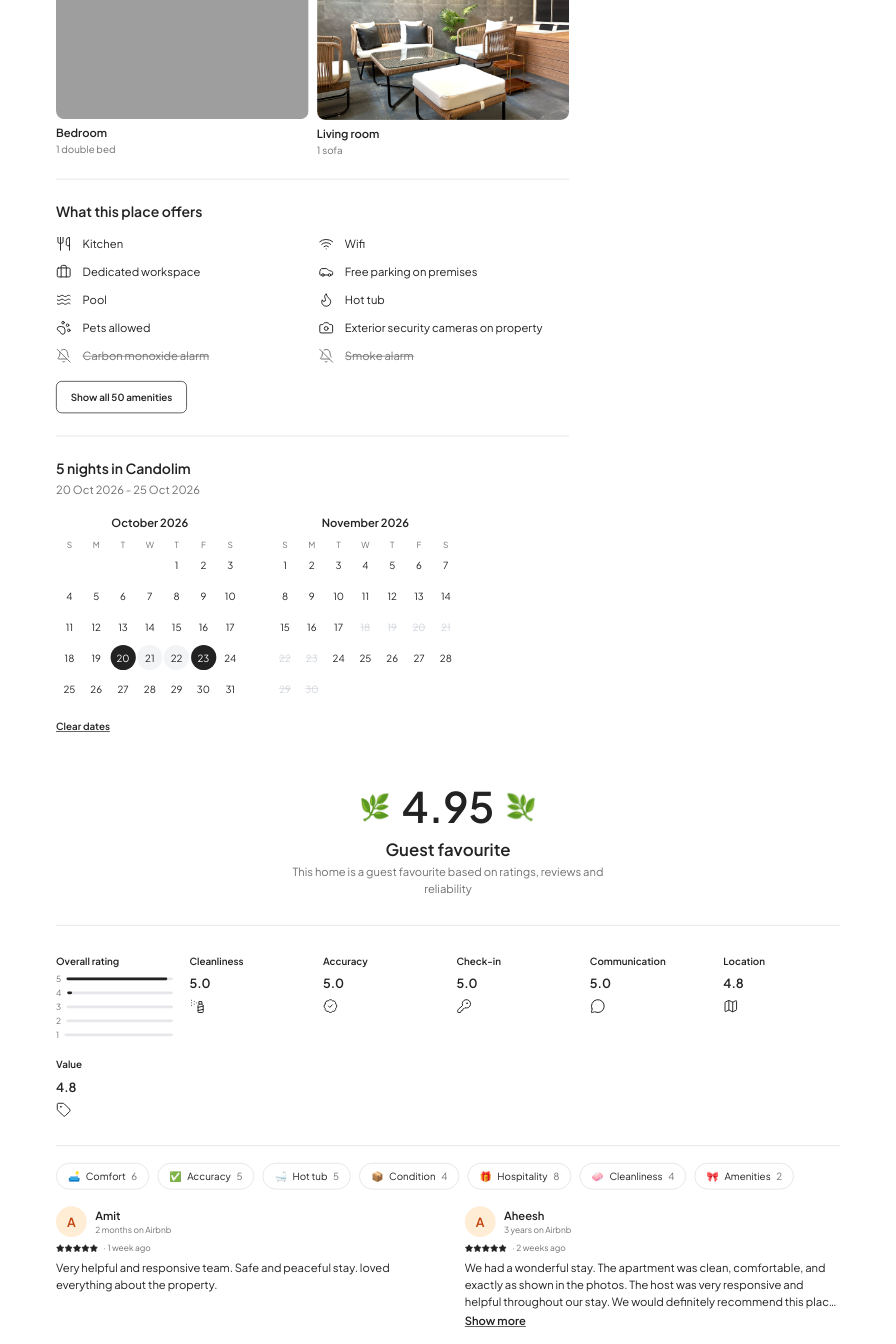
Repository: RushilGosain/airbnb-clone
Page: /
These files come from the project's save history. The page is drawn as it stood at one moment and after a run of saves; the edit follows.
The browser window is 1280 px wide. The pictures show the part of the page from y = 1616 to 3536 px (the page is 6267 px tall), at 70% of full size.
Pictures or frames that could not be fetched are drawn as grey boxes. The project was rebuilt for these pictures with package versions that can differ from the ones it lists, and the page was loaded fresh each time. Also part of the build but not shown: vite.config.js, src/components/Lightbox.jsx, src/components/AmenitiesModal.jsx, src/components/PhotoTourPage.jsx.

Above is the page before, as saved 2026-09-19 13:48:46.

### index.html
<!doctype html>
<html lang="en">
  <head>
    <meta charset="UTF-8" />
    <link rel="icon" type="image/svg+xml" href="/house.svg" />
    <meta name="viewport" content="width=device-width, initial-scale=1.0" />
    <meta name="description" content="Romantic Jacuzzi 1BHK Candolim | Mirashya UG10 — Airbnb listing clone" />
    <link rel="preconnect" href="https://fonts.googleapis.com" />
    <link rel="preconnect" href="https://fonts.gstatic.com" crossorigin />
    <link
      href="https://fonts.googleapis.com/css2?family=Plus+Jakarta+Sans:wght@400;500;600;700;800&display=swap"
      rel="stylesheet"
    />
    <title>Romantic Jacuzzi 1BHK Candolim | Mirashya UG10 · Airbnb Clone</title>
  </head>
  <body>
    <div id="root"></div>
    <script type="module" src="/src/main.jsx"></script>
  </body>
</html>

### src/index.css
@tailwind base;
@tailwind components;
@tailwind utilities;

* {
  box-sizing: border-box;
}

html,
body {
  margin: 0;
  padding: 0;
}

body {
  font-family: "Plus Jakarta Sans", -apple-system, BlinkMacSystemFont, "Segoe UI", Roboto,
    "Helvetica Neue", sans-serif;
  color: #222222;
  -webkit-font-smoothing: antialiased;
  -moz-osx-font-smoothing: grayscale;
}

#root {
  min-height: 100vh;
}

/* Custom focus ring, kept visible for accessibility */
a:focus-visible,
button:focus-visible,
[tabindex]:focus-visible {
  outline: 2px solid #222222;
  outline-offset: 2px;
  border-radius: 6px;
}

::-webkit-scrollbar {
  width: 10px;
  height: 10px;
}
::-webkit-scrollbar-track {
  background: transparent;
}
::-webkit-scrollbar-thumb {
  background: rgba(0, 0, 0, 0.25);
  border-radius: 999px;
}

.no-scrollbar::-webkit-scrollbar {
  display: none;
}
.no-scrollbar {
  -ms-overflow-style: none;
  scrollbar-width: none;
}

@media (prefers-reduced-motion: reduce) {
  *,
  *::before,
  *::after {
    animation-duration: 0.01ms !important;
    animation-iteration-count: 1 !important;
    transition-duration: 0.01ms !important;
    scroll-behavior: auto !important;
  }
}

### src/App.jsx
import { useEffect } from "react";
import { BrowserRouter, Routes, Route, useLocation } from "react-router-dom";
import { LightboxProvider } from "./context/LightboxContext";
import Lightbox from "./components/Lightbox";
import ListingPage from "./pages/ListingPage";
import PhotoTourPage from "./components/PhotoTourPage";

function ScrollToTopOnNavigate() {
  // react-router keeps scroll position by default; reset it on route change
  // so the photo tour page and the listing page each open at the top.
  const { pathname } = useLocation();
  useEffect(() => {
    window.scrollTo(0, 0);
  }, [pathname]);
  return null;
}

export default function App() {
  return (
    <LightboxProvider>
      <BrowserRouter>
        <ScrollToTopOnNavigate />
        <Routes>
          <Route path="/" element={<ListingPage />} />
          <Route path="/photos" element={<PhotoTourPage />} />
        </Routes>
        <Lightbox />
      </BrowserRouter>
    </LightboxProvider>
  );
}

### src/context/LightboxContext.jsx
import { createContext, useCallback, useContext, useMemo, useState } from "react";

const LightboxContext = createContext(null);

export function LightboxProvider({ children }) {
  const [photos, setPhotos] = useState([]);
  const [index, setIndex] = useState(0);
  const [isOpen, setIsOpen] = useState(false);

  const open = useCallback((photoList, startIndex = 0) => {
    setPhotos(photoList);
    setIndex(startIndex);
    setIsOpen(true);
  }, []);

  const close = useCallback(() => setIsOpen(false), []);

  const next = useCallback(() => {
    setIndex((i) => (photos.length ? (i + 1) % photos.length : 0));
  }, [photos.length]);

  const prev = useCallback(() => {
    setIndex((i) => (photos.length ? (i - 1 + photos.length) % photos.length : 0));
  }, [photos.length]);

  const value = useMemo(
    () => ({ photos, index, isOpen, open, close, next, prev }),
    [photos, index, isOpen, open, close, next, prev]
  );

  return <LightboxContext.Provider value={value}>{children}</LightboxContext.Provider>;
}

export function useLightbox() {
  const ctx = useContext(LightboxContext);
  if (!ctx) throw new Error("useLightbox must be used within LightboxProvider");
  return ctx;
}

### src/pages/ListingPage.jsx
import TopNav from "../components/TopNav";
import StickyBar from "../components/StickyBar";
import Gallery from "../components/Gallery";
import PropertyHeader from "../components/PropertyHeader";
import AmenitiesSection from "../components/AmenitiesSection";
import BookingCard, { DateRangePicker } from "../components/BookingCard";
import ReviewsSection from "../components/ReviewsSection";
import ThingsToKnow from "../components/ThingsToKnow";
import NearbyStays from "../components/NearbyStays";
import LocationSection from "../components/LocationSection";

export default function ListingPage() {
  function scrollToBooking() {
    document.getElementById("booking-card")?.scrollIntoView({ behavior: "smooth", block: "center" });
  }

  return (
    <div className="min-h-screen bg-white">
      <TopNav />
      <StickyBar onReserve={scrollToBooking} />

      <Gallery />

      <div id="amenities" className="mx-auto max-w-content px-6 pt-8 lg:px-20">
        <div className="grid grid-cols-1 gap-10 lg:grid-cols-3">
          <div className="lg:col-span-2">
            <PropertyHeader />
            <AmenitiesSection />
          </div>
          <BookingCard id="booking-card" />
        </div>
      </div>

      <DateRangePicker />
      <ReviewsSection />
      <ThingsToKnow />
      <NearbyStays />
      <LocationSection />


    </div>
  );
}

### src/components/TopNav.jsx
import { Menu, Search, CircleUser, Globe } from "lucide-react";

export default function TopNav() {
  return (
    <header className="border-b border-line bg-white">
      <div className="mx-auto flex max-w-content items-center justify-between gap-4 px-6 py-4 lg:px-20">
        <a href="/" className="flex items-center gap-2 text-brand" aria-label="Airbnb home">
          <svg viewBox="0 0 32 32" width="32" height="32" fill="currentColor" aria-hidden="true">
            <path d="M16 1c2 0 3.6 1 4.8 2.9 1 1.7 5.8 10 7.4 13.9.7 1.7 1 3 1 4.2 0 4.3-3.3 7.6-7.5 7.6-2.4 0-4.7-1.4-6.3-3.6l-.4-.6-.4.6c-1.6 2.2-3.9 3.6-6.3 3.6C4.3 29.6 1 26.3 1 22c0-1.2.3-2.5 1-4.2 1.6-3.9 6.4-12.2 7.4-13.9C10.4 2 12 1 14 1h2zm-2.6 22.4c1.2 1.6 2.7 2.5 4.2 2.5 2.5 0 4.5-2 4.5-4.6 0-.5-.1-1-.4-1.8-.5-1.3-2.1-4.3-3.7-7.1-1.6 2.8-3.2 5.8-3.7 7.1-.3.8-.4 1.3-.4 1.8 0 .8.2 1.5.5 2.1v-.1z" />
          </svg>
          <span className="hidden text-xl font-extrabold tracking-tight sm:block">Airbnb</span>
        </a>

        <button className="flex items-center gap-3 rounded-full border border-line py-2 pl-5 pr-2 text-sm font-medium shadow-sm transition hover:shadow-md">
          <span>Anywhere</span>
          <span className="hidden h-4 w-px bg-line sm:block" />
          <span className="hidden sm:block">Anytime</span>
          <span className="hidden h-4 w-px bg-line sm:block" />
          <span className="hidden text-subtle sm:block">Add guests</span>
          <span className="flex h-8 w-8 items-center justify-center rounded-full bg-brand text-white">
            <Search size={15} />
          </span>
        </button>

        <div className="flex items-center gap-3">
          <a href="#" className="hidden rounded-full px-4 py-2.5 text-sm font-semibold hover:bg-black/5 md:block">
            Become a host
          </a>
          <button
            aria-label="Menu"
            className="flex items-center gap-2 rounded-full border border-line py-2 pl-3 pr-2 shadow-sm hover:shadow-md"
          >
            <Menu size={16} />
            <CircleUser size={26} className="text-subtle" />
          </button>
        </div>
      </div>
    </header>
  );
}

### src/components/Gallery.jsx
import { useNavigate } from "react-router-dom";
import { Share, Heart, Grid3x3 } from "lucide-react";
import { heroImages, listing, allPhotos } from "../data/listing";
import { useLightbox } from "../context/LightboxContext";

export default function Gallery() {
  const navigate = useNavigate();
  const { open } = useLightbox();

  function openLightboxAt(src) {
    const idx = allPhotos.findIndex((p) => p.src === src);
    open(allPhotos, idx === -1 ? 0 : idx);
  }

  return (
    <section id="photos" className="mx-auto max-w-content px-6 pt-6 lg:px-20">
      <div className="mb-4 flex items-start justify-between gap-4">
        <h1 className="text-2xl font-semibold sm:text-3xl">{listing.title}</h1>
        <div className="flex flex-shrink-0 items-center gap-1">
          <button className="flex items-center gap-2 rounded-lg px-3 py-2 text-sm font-semibold underline hover:bg-black/5">
            <Share size={16} /> Share
          </button>
          <button className="flex items-center gap-2 rounded-lg px-3 py-2 text-sm font-semibold underline hover:bg-black/5">
            <Heart size={16} /> Save
          </button>
        </div>
      </div>

      <div className="relative grid grid-cols-4 grid-rows-2 gap-2 overflow-hidden rounded-xl">
        <button
          onClick={() => openLightboxAt(heroImages[0])}
          className="col-span-4 row-span-2 aspect-[4/3] overflow-hidden sm:col-span-2"
        >
          <img
            src={heroImages[0]}
            alt="Living room"
            className="h-full w-full object-cover transition duration-300 hover:brightness-90"
          />
        </button>
        {heroImages.slice(1, 5).map((src, i) => (
          <button
            key={src}
            onClick={() => openLightboxAt(src)}
            className={`hidden aspect-square overflow-hidden sm:block ${i === 3 ? "relative" : ""}`}
          >
            <img
              src={src}
              alt="Listing detail"
              className="h-full w-full object-cover transition duration-300 hover:brightness-90"
            />
          </button>
        ))}

        <button
          onClick={() => navigate("/photos")}
          className="absolute bottom-4 right-4 flex items-center gap-2 rounded-lg bg-white px-4 py-2 text-sm font-semibold shadow-card transition hover:bg-gray-50"
        >
          <Grid3x3 size={16} />
          Show all photos
        </button>
      </div>
    </section>
  );
}

### src/components/BookingCard.jsx
import { useState } from "react";
import { ChevronDown, Flag } from "lucide-react";
import { listing } from "../data/listing";
import { PromoBanner } from "./AmenitiesSection";

const MONTH_NAMES = [
  "January", "February", "March", "April", "May", "June",
  "July", "August", "September", "October", "November", "December",
];

function buildMonth(year, month) {
  const first = new Date(year, month, 1);
  const startDay = first.getDay();
  const daysInMonth = new Date(year, month + 1, 0).getDate();
  const cells = Array(startDay).fill(null);
  for (let d = 1; d <= daysInMonth; d++) cells.push(d);
  return cells;
}

// Booked date is 10/18/2026 - 10/23/2026 per the reference; a couple of
// unrelated dates in November are shown greyed out to mirror the screenshot.
const SELECTED_START = 20;
const SELECTED_END = 23;
const UNAVAILABLE_NOV = [18, 19, 20, 21, 22, 23, 29, 30];

function MonthGrid({ year, month, highlight }) {
  const cells = buildMonth(year, month);
  const isOct2026 = year === 2026 && month === 9;
  const isNov2026 = year === 2026 && month === 10;

  return (
    <div>
      <p className="mb-3 text-center font-semibold">
        {MONTH_NAMES[month]} {year}
      </p>
      <div className="grid grid-cols-7 gap-y-1 text-center text-xs text-subtle">
        {["S", "M", "T", "W", "T", "F", "S"].map((d, i) => (
          <div key={i}>{d}</div>
        ))}
      </div>
      <div className="grid grid-cols-7 gap-y-1 text-center text-sm">
        {cells.map((day, i) => {
          if (!day) return <div key={i} />;
          const selected = isOct2026 && (day === SELECTED_START || day === SELECTED_END);
          const inRange = isOct2026 && day > SELECTED_START && day < SELECTED_END;
          const disabled = isNov2026 && UNAVAILABLE_NOV.includes(day);
          return (
            <div key={i} className="flex items-center justify-center py-0.5">
              <button
                disabled={disabled}
                className={[
                  "flex h-9 w-9 items-center justify-center rounded-full transition",
                  selected ? "bg-ink text-white" : "",
                  inRange ? "bg-gray-100" : "",
                  disabled ? "text-gray-300 line-through" : "hover:border hover:border-ink",
                ].join(" ")}
              >
                {day}
              </button>
            </div>
          );
        })}
      </div>
    </div>
  );
}

export function DateRangePicker() {
  return (
    <section className="mx-auto max-w-content px-6 py-8 lg:px-20">
      <h2 className="mb-1 text-xl font-semibold">
        {listing.price.nights} nights in Candolim
      </h2>
      <p className="mb-6 text-subtle">
        {listing.dates.checkInLabel} - {listing.dates.checkOutLabel}
      </p>
      <div className="grid grid-cols-1 gap-10 sm:grid-cols-2 sm:max-w-xl">
        <MonthGrid year={2026} month={9} />
        <MonthGrid year={2026} month={10} />
      </div>
      <button className="mt-6 text-sm font-semibold underline">Clear dates</button>
    </section>
  );
}

export default function BookingCard({ id }) {
  const [guests, setGuests] = useState(listing.guestsSelected);

  return (
    <aside id={id} className="lg:sticky lg:top-24">
      <PromoBanner />
      <div className="rounded-xl border border-line p-6 shadow-card">
        <div className="mb-4 flex items-baseline gap-1">
          <span className="text-xl font-semibold">
            {listing.price.currency}
            {listing.price.amount.toLocaleString("en-IN")}
          </span>
          <span className="text-subtle">for {listing.price.nights} nights</span>
        </div>

        <div className="mb-4 overflow-hidden rounded-lg border border-line">
          <div className="grid grid-cols-2">
            <div className="border-b border-r border-line p-3">
              <p className="text-[10px] font-semibold uppercase tracking-wide">Check-in</p>
              <p className="text-sm">{listing.dates.checkIn}</p>
            </div>
            <div className="border-b border-line p-3">
              <p className="text-[10px] font-semibold uppercase tracking-wide">Checkout</p>
              <p className="text-sm">{listing.dates.checkOut}</p>
            </div>
          </div>
          <button
            onClick={() => setGuests((g) => (g >= listing.guests ? 1 : g + 1))}
            className="flex w-full items-center justify-between p-3 text-left"
          >
            <div>
              <p className="text-[10px] font-semibold uppercase tracking-wide">Guests</p>
              <p className="text-sm">
                {guests} guest{guests > 1 ? "s" : ""}
              </p>
            </div>
            <ChevronDown size={16} />
          </button>
        </div>

        <div className="mb-4 rounded-lg bg-gray-100 px-3 py-2 text-center text-sm text-subtle">
          Free cancellation before <span className="font-semibold text-ink">{listing.dates.freeCancellationBefore}</span>
        </div>

        <button className="w-full rounded-lg bg-brand py-3.5 text-center font-semibold text-white transition hover:bg-brand-hover">
          Reserve
        </button>
        <p className="mt-3 text-center text-sm text-subtle">You won't be charged yet</p>
      </div>

      <button className="mt-4 flex items-center gap-2 text-sm font-semibold underline">
        <Flag size={14} />
        Report this listing
      </button>
    </aside>
  );
}

### src/components/ThingsToKnow.jsx
import { Icon } from "./icons";
import { listing } from "../data/listing";

export default function ThingsToKnow() {
  return (
    <section className="mx-auto max-w-content border-t border-line px-6 py-10 lg:px-20">
      <h2 className="mb-6 text-2xl font-semibold">Things to know</h2>
      <div className="grid grid-cols-1 gap-10 sm:grid-cols-3">
        {listing.thingsToKnow.map((block) => (
          <div key={block.title}>
            <Icon name={block.icon} size={26} strokeWidth={1.5} className="mb-4" />
            <h3 className="mb-3 font-semibold">{block.title}</h3>
            <div className="space-y-1 text-sm text-ink">
              {block.lines.map((line, i) => (
                <p key={i}>{line}</p>
              ))}
            </div>
            <a href="#" className="mt-3 inline-block text-sm font-semibold underline">
              {block.linkLabel}
            </a>
          </div>
        ))}
      </div>
    </section>
  );
}

### src/components/NearbyStays.jsx
import { useRef } from "react";
import { ChevronLeft, ChevronRight, Star } from "lucide-react";
import { listing } from "../data/listing";

export default function NearbyStays() {
  const trackRef = useRef(null);

  function scrollByCard(dir) {
    trackRef.current?.scrollBy({ left: dir * 300, behavior: "smooth" });
  }

  return (
    <section className="mx-auto max-w-content border-t border-line px-6 py-10 lg:px-20">
      <div className="mb-6 flex items-center justify-between">
        <h2 className="text-2xl font-semibold">More stays nearby</h2>
        <div className="flex items-center gap-2">
          <span className="mr-2 text-sm text-subtle">1 / 2</span>
          <button
            onClick={() => scrollByCard(-1)}
            aria-label="Scroll left"
            className="flex h-9 w-9 items-center justify-center rounded-full border border-line hover:bg-black/5"
          >
            <ChevronLeft size={16} />
          </button>
          <button
            onClick={() => scrollByCard(1)}
            aria-label="Scroll right"
            className="flex h-9 w-9 items-center justify-center rounded-full border border-line hover:bg-black/5"
          >
            <ChevronRight size={16} />
          </button>
        </div>
      </div>

      <div ref={trackRef} className="no-scrollbar flex gap-4 overflow-x-auto scroll-smooth">
        {listing.nearbyStays.map((stay) => (
          <a
            key={stay.title}
            href="#"
            className="w-48 flex-shrink-0 sm:w-56"
          >
            <div className="mb-2 aspect-square overflow-hidden rounded-xl">
              <img
                src={stay.image}
                alt={stay.title}
                className="h-full w-full object-cover transition hover:brightness-90"
              />
            </div>
            <p className="line-clamp-2 text-sm font-medium">{stay.title}</p>
            <div className="mt-1 flex items-center justify-between text-sm">
              <span>
                {listing.price.currency}
                {stay.price.toLocaleString("en-IN")}
              </span>
              <span className="flex items-center gap-1">
                <Star size={12} className="fill-ink text-ink" />
                {stay.rating.toFixed(2)}
              </span>
            </div>
          </a>
        ))}
      </div>
    </section>
  );
}

### src/components/icons.jsx
import {
  Utensils,
  Wifi,
  Briefcase,
  Car,
  Waves,
  Flame,
  PawPrint,
  Camera,
  BellOff,
  Dumbbell,
  SprayCan,
  CalendarDays,
  DoorOpen,
  CalendarX,
  KeyRound,
  Shield,
  BadgeCheck,
  MessageCircle,
  Map,
  Tag,
  Droplets,
  ShowerHead,
  WashingMachine,
  Shirt,
  Bed,
  Blinds,
  Archive,
  Baby,
  Tv,
  AirVent,
  Fan,
  Cctv,
  Laptop,
  CookingPot,
  Refrigerator,
  Microwave,
  Coffee,
  Wine,
  Blender,
  Sun,
} from "lucide-react";

export const ICONS = {
  // Existing icons
  utensils: Utensils,
  wifi: Wifi,
  briefcase: Briefcase,
  car: Car,
  waves: Waves,
  flame: Flame,
  "paw-print": PawPrint,
  camera: Camera,
  "alarm-smoke": BellOff,
  dumbbell: Dumbbell,
  "spray-can": SprayCan,
  "calendar-days": CalendarDays,
  "door-open": DoorOpen,
  "calendar-x": CalendarX,
  "key-round": KeyRound,
  shield: Shield,
  "badge-check": BadgeCheck,
  "message-circle": MessageCircle,
  map: Map,
  tag: Tag,

  // Bathroom
  droplets: Droplets,
  "shower-head": ShowerHead,

  // Bedroom and laundry
  "washing-machine": WashingMachine,
  shirt: Shirt,
  bed: Bed,
  blinds: Blinds,
  archive: Archive,
  baby: Baby,

  // Entertainment
  tv: Tv,

  // Heating and cooling
  "air-vent": AirVent,
  fan: Fan,

  // Home safety
  cctv: Cctv,

  // Internet and office
  laptop: Laptop,

  // Kitchen and dining
  "cooking-pot": CookingPot,
  refrigerator: Refrigerator,
  microwave: Microwave,
  coffee: Coffee,
  wine: Wine,
  blender: Blender,

  // Outdoor
  sun: Sun,
};

export function Icon({ name, ...props }) {
  const Cmp = ICONS[name] || Tag;

  return <Cmp {...props} />;
}

Loaded but not shown: src/main.jsx (common file); src/data/listing.js (446 lines, source omitted); tailwind.config.js (57 lines, source omitted); src/components/LocationSection.jsx (147 lines, source omitted); src/components/ReviewsSection.jsx (122 lines, source omitted); src/components/PropertyHeader.jsx (84 lines, source omitted); src/components/StickyBar.jsx (85 lines, source omitted); src/components/AmenitiesSection.jsx (83 lines, source omitted)

After the next 5 saves:
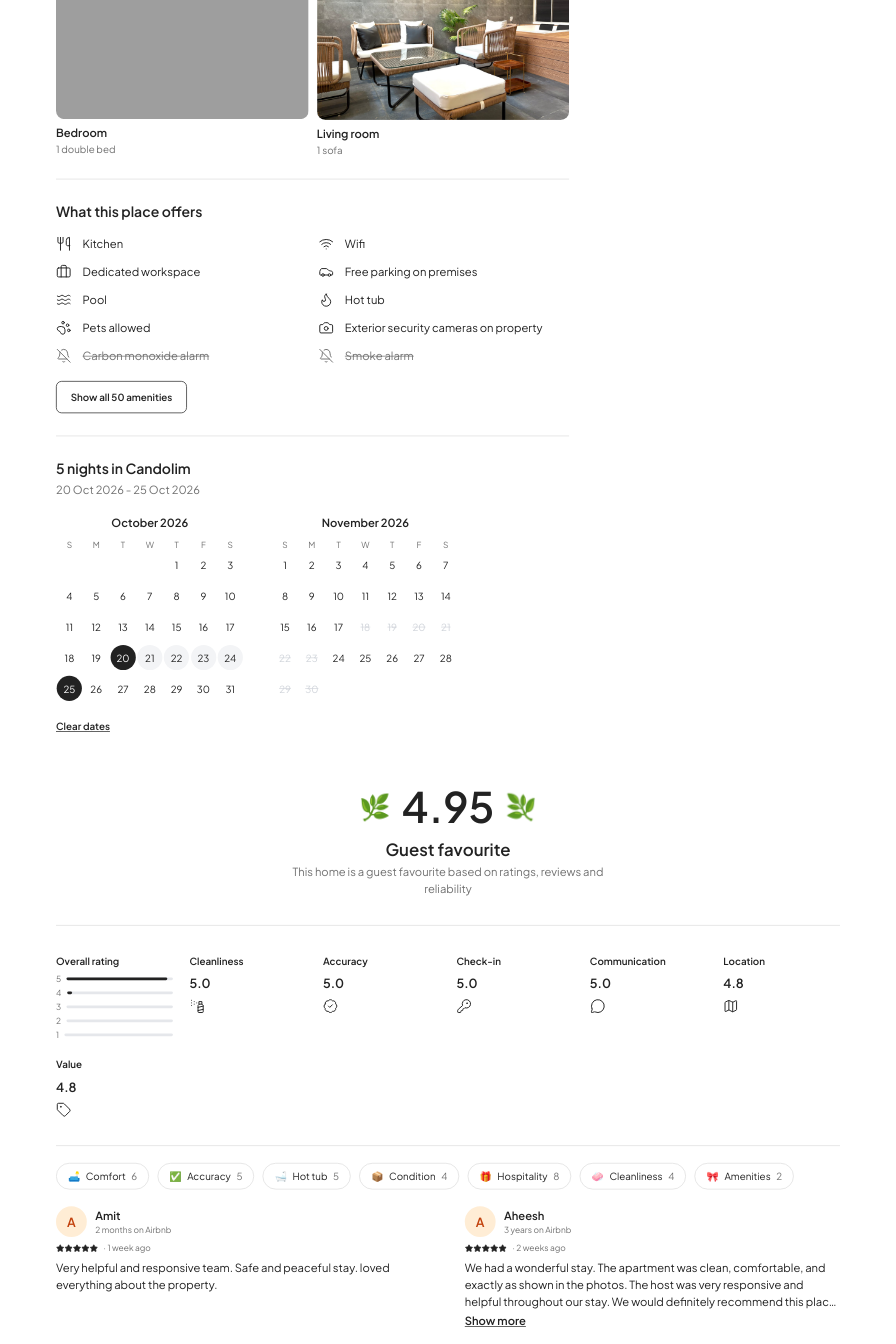
The 5 saves are shown as one change because they came seconds apart.
The last was saved 13 s later.
--- a/src/components/BookingCard.jsx
+++ b/src/components/BookingCard.jsx
@@ -17,10 +17,10 @@
   return cells;
 }
 
-// Booked date is 10/18/2026 - 10/23/2026 per the reference; a couple of
+// Booked date is 10/20/2026 - 10/25/2026 per the reference; a couple of
 // unrelated dates in November are shown greyed out to mirror the screenshot.
 const SELECTED_START = 20;
-const SELECTED_END = 23;
+const SELECTED_END = 25;
 const UNAVAILABLE_NOV = [18, 19, 20, 21, 22, 23, 29, 30];
 
 function MonthGrid({ year, month, highlight }) {
